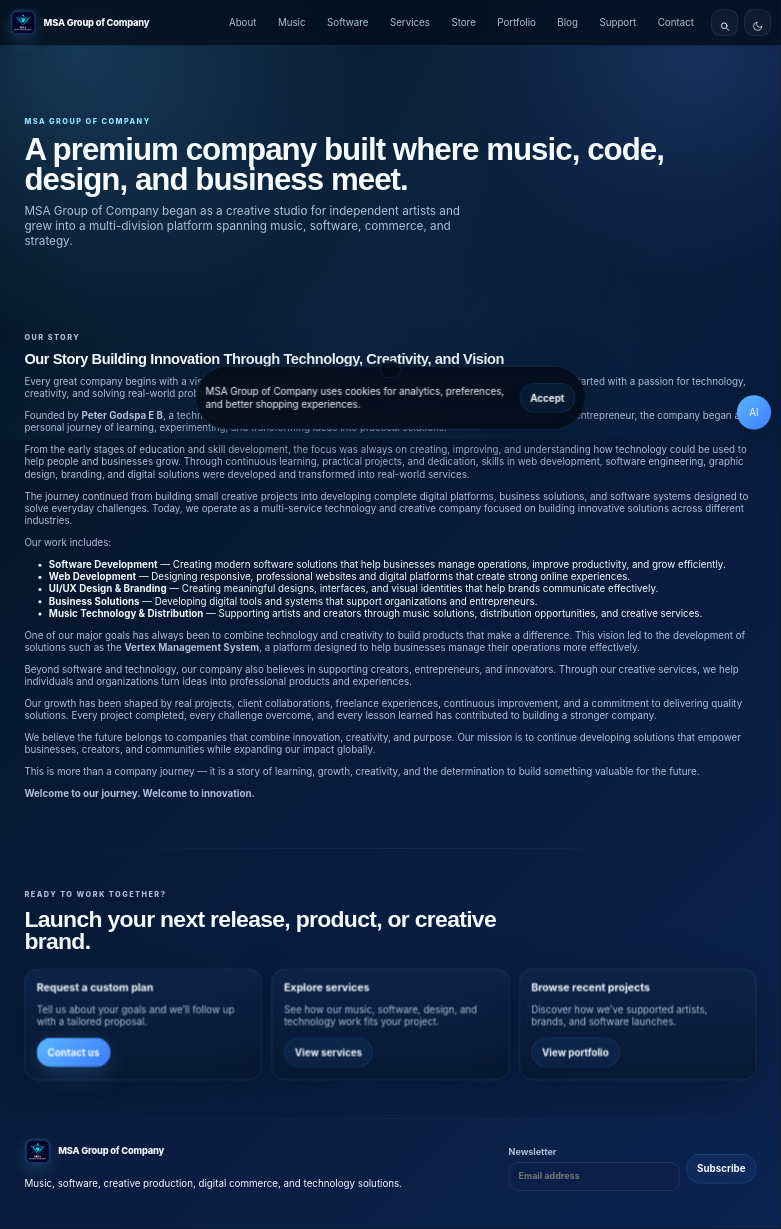
Repository: wifiasert/MSA-Group-of-Company
Page: about/index.html
The author's editor kept a copy of each file at every save. The page is drawn from the files as they stood at one save, then again after a run of saves.
The browser window is 1280 px wide. The pictures show the whole page, at 61% of full size.

Above is the page before, as saved 2026-07-18 04:25:58.

After the next 3 saves:
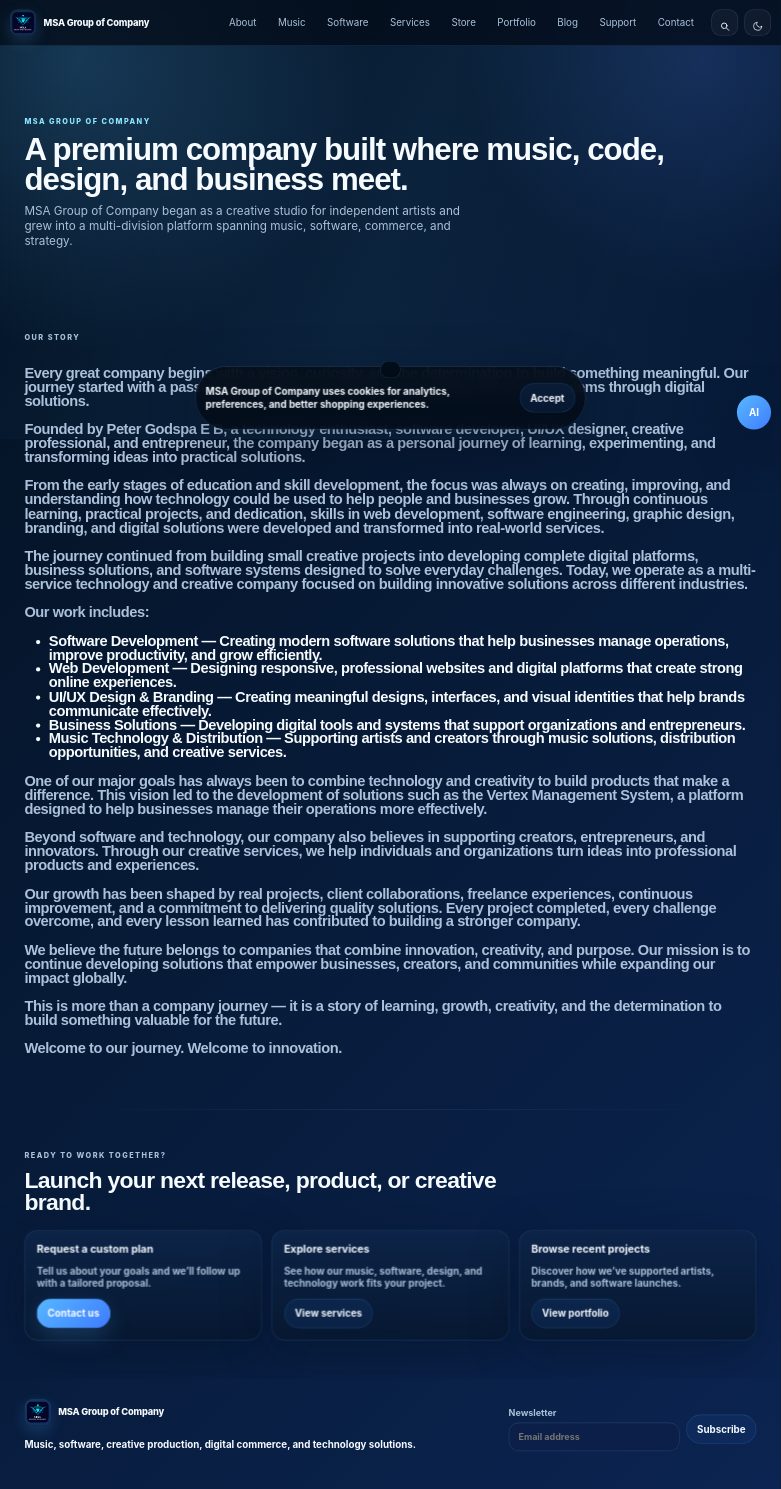
The 3 saves are shown as one change because they came seconds apart.
The last was saved 11 s later.
--- a/about/index.html
+++ b/about/index.html
@@ -316,7 +316,7 @@
       <div class="container">
       <div class="story-panel">
         <p class="eyebrow">Our Story</p>
-        <h2>Our Story  Building Innovation Through Technology, Creativity, and Vision</h2>
+        <h2><b Story  Building Innovation Through Technology, Creativity, and Vision</h2>
         <p>Every great company begins with a vision, curiosity, and the determination to build something meaningful. Our journey started with a passion for technology, creativity, and solving real-world problems through digital solutions.</p>
         <p>Founded by <strong>Peter Godspa E B</strong>, a technology enthusiast, software developer, UI/UX designer, creative professional, and entrepreneur, the company began as a personal journey of learning, experimenting, and transforming ideas into practical solutions.</p>
         <p>From the early stages of education and skill development, the focus was always on creating, improving, and understanding how technology could be used to help people and businesses grow. Through continuous learning, practical projects, and dedication, skills in web development, software engineering, graphic design, branding, and digital solutions were developed and transformed into real-world services.</p>

After the 6 saves that followed:
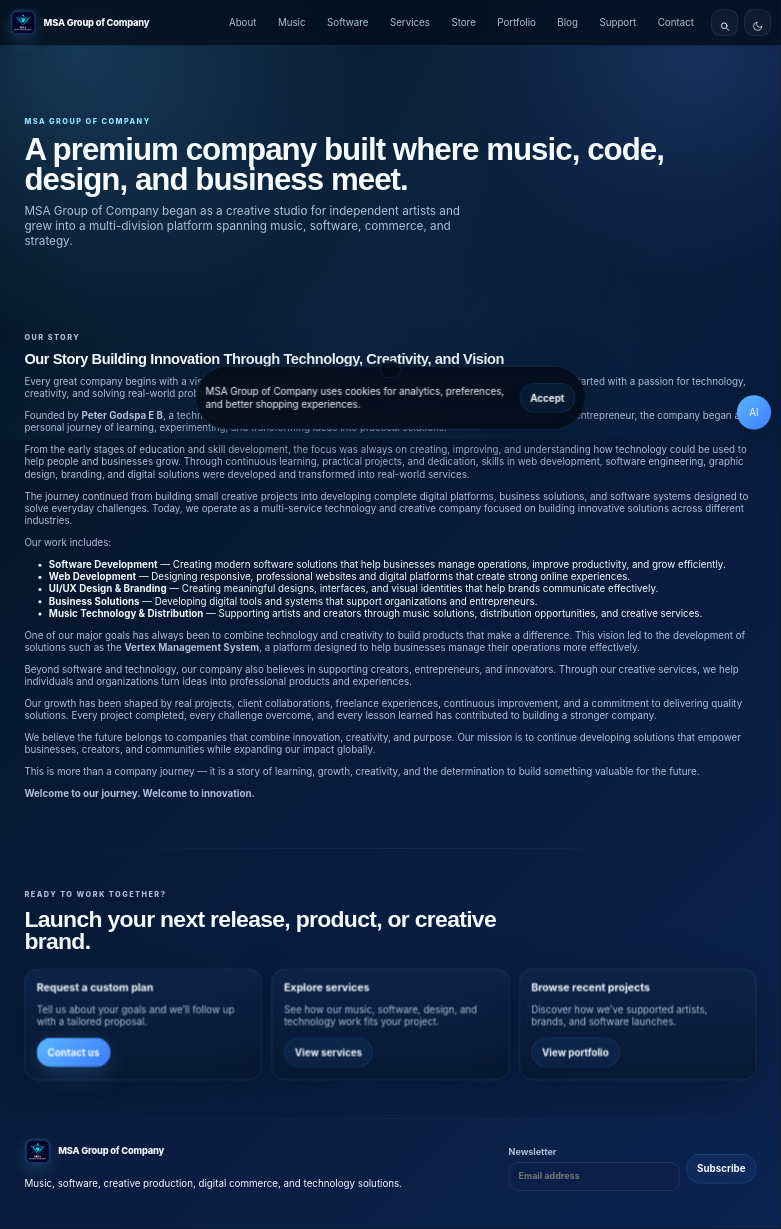
The 6 saves are shown as one change because they came seconds apart.
The last was saved 36 s later.
--- a/about/index.html
+++ b/about/index.html
@@ -316,7 +316,7 @@
       <div class="container">
       <div class="story-panel">
         <p class="eyebrow">Our Story</p>
-        <h2><b Story  Building Innovation Through Technology, Creativity, and Vision</h2>
+        <h2><b></b> Our Story  Building Innovation Through Technology, Creativity, and Vision</h2>
         <p>Every great company begins with a vision, curiosity, and the determination to build something meaningful. Our journey started with a passion for technology, creativity, and solving real-world problems through digital solutions.</p>
         <p>Founded by <strong>Peter Godspa E B</strong>, a technology enthusiast, software developer, UI/UX designer, creative professional, and entrepreneur, the company began as a personal journey of learning, experimenting, and transforming ideas into practical solutions.</p>
         <p>From the early stages of education and skill development, the focus was always on creating, improving, and understanding how technology could be used to help people and businesses grow. Through continuous learning, practical projects, and dedication, skills in web development, software engineering, graphic design, branding, and digital solutions were developed and transformed into real-world services.</p>
